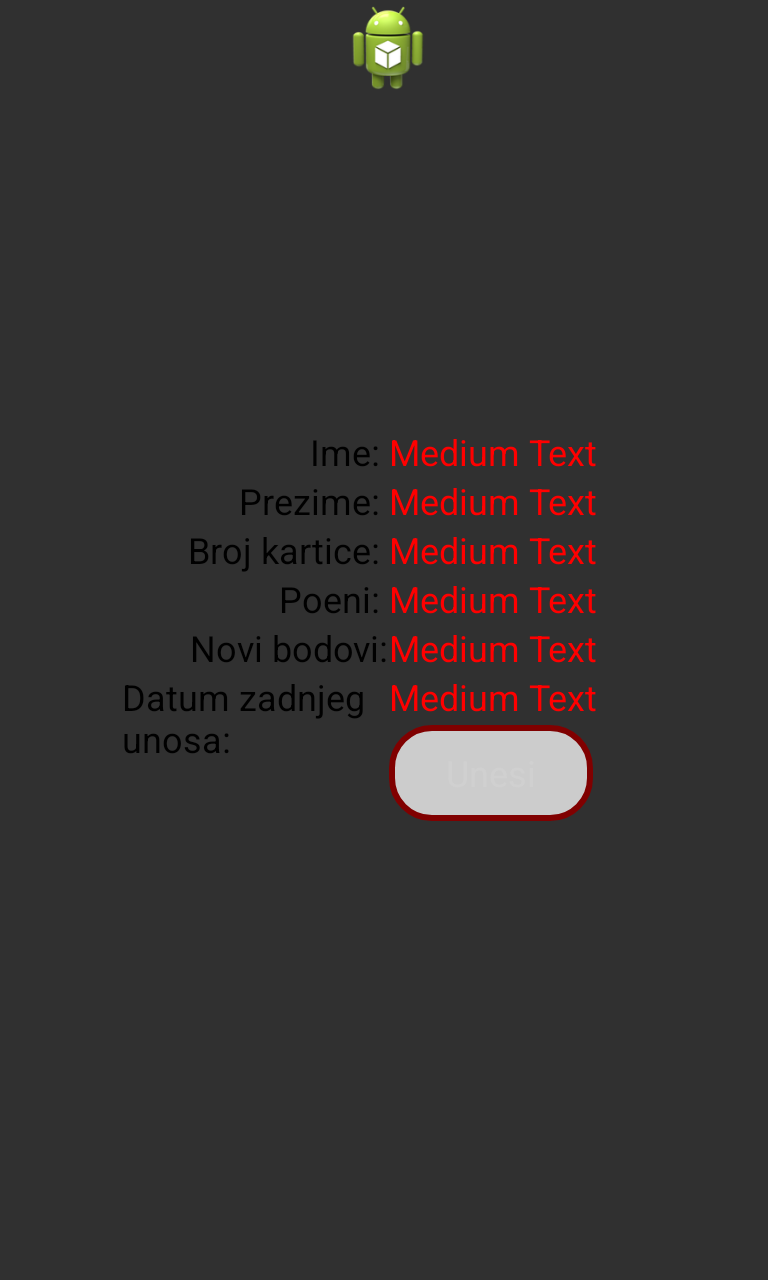
Repository: dzenisahusic/AndroidApp
Layout: Edit2014Sales/res/layout/activity_nfccard.xml
The author's editor kept a copy of each file at every save. The layout is drawn from the files as they stood at one save, then again after the next save.
Pictures or frames that could not be fetched are drawn as grey boxes. It is drawn on a 768 x 1280 px phone screen (xhdpi) without system bars, with theme AppTheme; the app's code is not run.

Above is the layout before, as saved 2014-07-15 17:58:36.

After the next save:
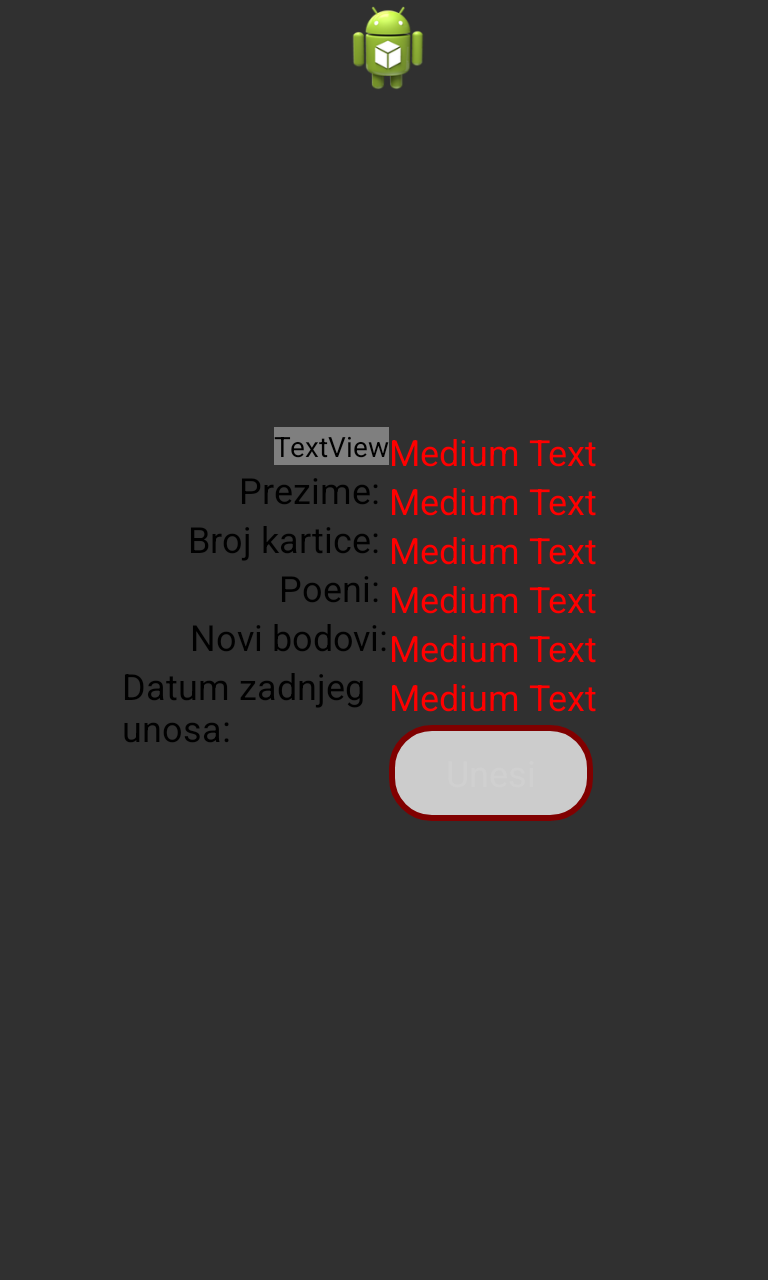
Saved 80 s later.
--- a/Edit2014Sales/res/layout/activity_nfccard.xml
+++ b/Edit2014Sales/res/layout/activity_nfccard.xml
@@ -58,7 +58,8 @@
                         android:layout_height="wrap_content"
                         android:text="Ime: "
                         android:textAppearance="?android:attr/textAppearanceMedium"
-                               android:layout_gravity="right"/>
+                               android:layout_gravity="right"
+                               android:textColor="CCCCCC"/>
 
                     <TextView
                         android:id="@+id/textView2"

After the save that followed:
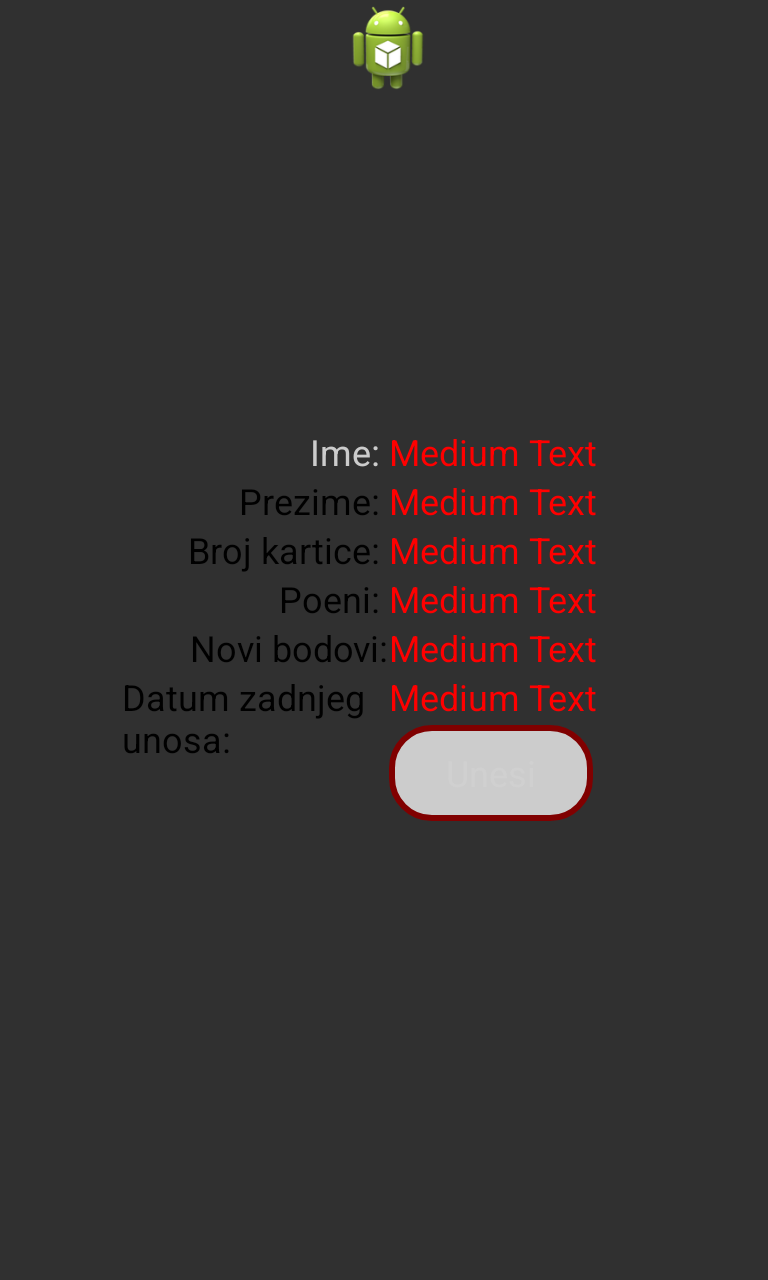
Saved 18 s later.
--- a/Edit2014Sales/res/layout/activity_nfccard.xml
+++ b/Edit2014Sales/res/layout/activity_nfccard.xml
@@ -59,7 +59,7 @@
                         android:text="Ime: "
                         android:textAppearance="?android:attr/textAppearanceMedium"
                                android:layout_gravity="right"
-                               android:textColor="CCCCCC"/>
+                               android:textColor="#CCCCCC"/>
 
                     <TextView
                         android:id="@+id/textView2"
